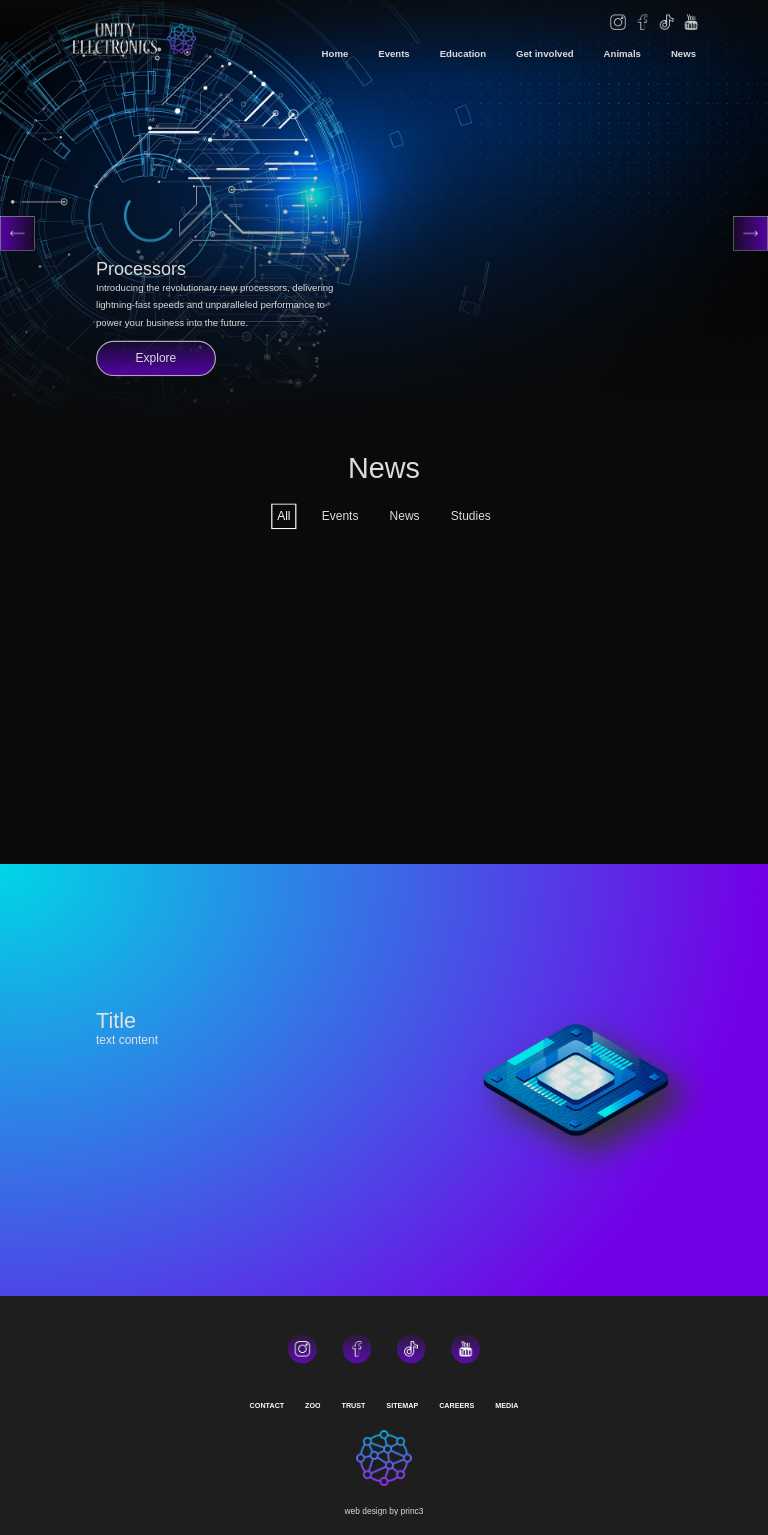
Repository: princ3-web/five
Page: /
The author's editor kept a copy of each file at every save. The page is drawn from the files as they stood at one save, then again after a run of saves.
The browser window is 1280 px wide. The pictures show the whole page, at 60% of full size.
The project was rebuilt for these pictures with package versions that can differ from the ones it lists, and the page was loaded fresh each time. Also part of the build but not shown: src/css/subpage.module.css, src/pages/Events.jsx, src/pages/Education.jsx, src/pages/Membership.jsx, src/pages/Animals.jsx, src/pages/News.jsx, src/pages/Support.jsx.

Above is the page before, as saved 2023-05-08 18:47:42.

### src/App.jsx
import React, { useState } from "react";
import { Routes, Route } from "react-router-dom";
import app from "./css/app.module.css";
import Navbar from "./components/Navbar.jsx";
import Bottombar from "./components/Bottombar.jsx";
import Main from "./pages/Main.jsx";
import Events from "./pages/Events.jsx";
import Education from "./pages/Education.jsx";
import Membership from "./pages/Membership.jsx";
import Animals from "./pages/Animals.jsx";
import News from "./pages/News.jsx";
import Support from "./pages/Support.jsx";
import Scrolltotop from "./components/Scrolltotop";

function App() {
  return (
    <div className={app.app}>
      <Navbar />
      <Routes>
        <Route path="/" element={<Main />} exact />
        <Route path="/Events" element={<Events />} exact />
        <Route path="/Education" element={<Education />} exact />
        <Route path="/Membership" element={<Membership />} exact />
        <Route path="/Animals" element={<Animals />} exact />
        <Route path="/News" element={<News />} exact />
        <Route path="/Support" element={<Support />} exact />
      </Routes>
      <Bottombar />
      <Scrolltotop />
    </div>
  );
}

export default App;

### src/css/app.module.css
:root {
    --thin: 200;
    --regular: 400;
    --bold: 600;
    --font-12: 12px;
    --font-14: 14px;
    --font-16: 16px;
    --font-20: 20px;
    --font-24: 24px;
    --font-30: 30px;
    --font-36: 36px;
    --font-48: 48px;
    --dark: rgb(10, 10, 10);
    --dark-transp-100: rgb(0, 0, 0, 0.5);
    --gray-transp-200: rgba(100, 100, 100, 0.5);
    --gray-transp-300: rgba(100, 100, 100, 0.25);
    --gray-50: rgb(30, 30, 30);
    --gray-100: rgb(60, 60, 60);
    --gray-150: rgb(100, 100, 100);
    --gray-200: rgb(170, 170, 170);
    --gray-300: rgb(220, 220, 220);
    --gray-400: rgb(240, 240, 240);
    --light: rgb(250, 250, 250);
    --light-transp: rgb(255, 255, 255, 0.2);
    --blue-200: rgb(0, 78, 162);
    --blue-300: rgb(0, 123, 255);
    --teal-300: rgb(0, 238, 255);
    --violet-200: rgb(81, 0, 162);
    --violet-300: rgb(128, 0, 255);
    --transp: rgba(0, 0, 0, 0);
}

@import url('https://fonts.googleapis.com/css2?family=Raleway&display=swap');


html > div {
    display: none;
  }

  * {
    overflow-x: hidden;
    padding: 0;
    margin: 0;
    font-family: 'Raleway', sans-serif;
    user-select: none;
  }

  .app{
    background-color: var(--dark);
    height: fit-content;
  }

  .section{
    display: flex;
    flex-direction: column;
    min-height: 100vh;
  }

### src/components/Navbar.jsx
import React, { useState } from "react";
import navbar from "../css/navbar.module.css";
import logo from "../assets/icons/logo_sub.png";
import hamburger from "../assets/icons/hamburger.png";
import cross from "../assets/icons/cross.png";
import { Link } from "react-router-dom";
import instagram from "../assets/icons/instagram.png";
import facebook from "../assets/icons/facebook.png";
import tiktok from "../assets/icons/tiktok.png";
import youtube from "../assets/icons/youtube.png";

const Navbar = () => {
  const navbarButtons = [
    {
      name: "Home",
      menu: false,
      items: [],
      link: "/",
    },
    {
      name: "Events",
      menu: true,
      items: [
        "Plan Your Day",
        "What's On",
        "Membership",
        "Vet Hospital",
        "Education",
        "Zoo Map",
      ],
      link: "/Events",
    },
    {
      name: "Education",
      menu: true,
      items: [
        "Read for Adventure",
        "Educational Field Trips",
        "Self-Guided Field Trips",
        "Nature Explorers Preschool",
        "Schools Out Day Camps",
        "Spring Break Camp",
        "Summer Camps",
        "After Hours",
        "Conservation Club",
      ],
      link: "/Education",
    },
    {
      name: "Get involved",
      menu: true,
      items: [
        "What We Do",
        "What You Can Do",
        "Work at the Zoo",
        "Volunteer",
        "Sponsorship",
        "Conservation",
      ],
      link: "/Membership",
    },
    {
      name: "Animals",
      menu: false,
      items: [],
      link: "/Animals",
    },
    {
      name: "News",
      menu: false,
      items: [],
      link: "/News",
    },
  ];

  const socials = [instagram, facebook, tiktok, youtube];

  const [mobileMenu, toggleMobileMenu] = useState(false);

  return (
    <>
      <div className={navbar.navbar}>
        <Link className={navbar.link} to={"/"}>
          <img className={navbar.logo} src={logo} alt="" />
        </Link>
        <div className={navbar.navbarContent}>
          <div className={navbar.navbarTopIcons}>
            {socials.map((item, n) => (
              <img className={navbar.navbarTopIcon} src={item} alt="" key={n} />
            ))}
          </div>
          <div className={navbar.navbarButtons}>
            {navbarButtons.map((item, n) => (
              <div
                style={{
                  display: "block",
                  overflow: "visible",
                }}
                key={n}
              >
                <div className={navbar.navbarButton}>
                  <Link
                    to={item.link}
                    style={{
                      textDecoration: "none",
                      color: "unset",
                    }}
                  >
                    {item.name}
                  </Link>
                </div>

                {item.items.length > 0 && (
                  <>
                    <div className={navbar.navbarButtonDropdown}>
                      {item.items.map((i, n) => (
                        <Link
                          className={navbar.navbarButtonDropdownItem}
                          key={n}
                          to={item.link}
                        >
                          {i}
                        </Link>
                      ))}
                    </div>
                  </>
                )}
              </div>
            ))}
          </div>
        </div>
        <img
          className={navbar.mobileButton}
          src={mobileMenu === true ? cross : hamburger}
          onClick={() =>
            mobileMenu === true ? toggleMobileMenu(false) : toggleMobileMenu(true)
          }
          alt=""
        />
        <div
          className={[navbar.mobileMenu, mobileMenu ? navbar.mobileMenuShow : ""].join(
            " "
          )}
        >
          {navbarButtons.map((item) => (
            <Link to={item.link} className={navbar.mobileMenuItem}>
              <div onClick={() => toggleMobileMenu(false)}>{item.name}</div>
            </Link>
          ))}
        </div>
      </div>
    </>
  );
};

export default Navbar;

### src/components/Bottombar.jsx
import React from "react";
import bottombar from "../css/bottombar.module.css";
import logobw from "../assets/icons/logo.png";
import instagram from "../assets/icons/instagram.png";
import facebook from "../assets/icons/facebook.png";
import tiktok from "../assets/icons/tiktok.png";
import youtube from "../assets/icons/youtube.png";
import navbar from "../css/navbar.module.css";
import { Link } from "react-router-dom";

const Bottombar = () => {
  const socials = [instagram, facebook, tiktok, youtube];
  const links = ["CONTACT", "ZOO", "TRUST", "SITEMAP", "CAREERS", "MEDIA"];

  return (
    <>
      <div className={bottombar.bottomBar}>
        <div className={bottombar.socials}>
          {socials.map((item, n) => (
            <img className={bottombar.socialButton} src={item} alt="" key={n} />
          ))}
        </div>
        <div className={bottombar.links}>
          {links.map((item, n) => (
            <div className={bottombar.link} key={n}>
              {item}
            </div>
          ))}
        </div>
        <Link className={navbar.link} to={"/"}>
        <img className={bottombar.logo} src={logobw} alt="" onClick={() => window.scrollTo(0, 0)} />
        </Link>
        <div className={bottombar.signature}>web design by princ3</div>
      </div>
    </>
  );
};

export default Bottombar;

### src/pages/Main.jsx
import React, { useState, useEffect } from "react";
import app from "../css/app.module.css";
import Imagescroller from "../components/Imagescroller";
import Newspicker from "../components/Newspicker";
import Objectscroller from "../components/Objectscroller";

const Main = () => {
  return (
    <>
      <div className={app.section}>
        <Imagescroller />
      </div>

      <div className={app.section}>
        <Newspicker />
      </div>
      <div className={app.section}>
        <Objectscroller />
      </div>
    </>
  );
};

export default Main;

### src/components/Scrolltotop.jsx
import React from 'react';
import { useLocation } from 'react-router-dom';
import { useEffect } from 'react';

const Scrolltotop = () => {
    const { pathname } = useLocation();

    useEffect(() => {
      window.scrollTo(0, 0);
    }, [pathname]);
  }

export default Scrolltotop;

### src/css/navbar.module.css
.navbar {
  position: absolute;
  display: flex;
  flex-direction: row;
  justify-content: space-between;
  align-items: center;
  z-index: 5;
  width: 100%;
  padding-inline: 7rem;
  height: 8rem;
  font-size: var(--font-16);
  overflow: visible;
  box-sizing: border-box;
  background: linear-gradient(var(--dark) -30%, var(--transp) 100%);
}

.navbarContent {
  height: 100%;
  display: flex;
  flex-direction: column;
  justify-content: space-evenly;
}

.navbarTopIcons {
  display: flex;
  flex-direction: row;
  justify-content: space-between;
  width: 12vw;
  margin-left: auto;
  margin-right: 0;
}

.navbarTopIcon {
  width: 2rem;
  filter: brightness(0.8);
}

.navbarTopIcon:hover {
  filter: brightness(1);
  cursor: pointer;
}

.navbarButtons {
  display: flex;
  flex-direction: row;
  justify-content: space-between;
  width: 50vw;
  margin-left: auto;
  margin-right: 0;
}

.navbarButton {
  color: var(--gray-300);
  padding: 0.5rem;
  font-weight: var(--bold);
  cursor: pointer;
  transition: 0.2s;
}

.navbarButton:hover {
  color: var(--gray-400);
  cursor: pointer;
}

.dropdownBackground {
  background-color: black;
  width: 100%;
  height: 15rem;
}

.navbarButtonDropdown {
  visibility: hidden;
  z-index: 3;
  position: absolute;
  margin-left: -25px;
  padding-inline: 1.5rem;
  padding-block: 0.5rem;
  cursor: pointer;
  line-height: 2rem;
  filter: opacity(0);
  transition: 0.35s;
  background: linear-gradient(135deg, var(--dark-transp-100), var(--violet-200));
}

.navbarButton:hover ~ .navbarButtonDropdown {
  visibility: visible;
  filter: opacity(1);
}

.navbarButtonDropdown:hover {
  visibility: visible;
  filter: opacity(1);

}

.navbarButtonDropdownItem {
  color: var(--gray-300);
  display: block;
  transition: 0.2s;
  text-decoration: none;
}

.navbarButtonDropdownItem:hover {
  color: var(--light);
}

.navbarTopButton {
  height: fit-content;
  padding: 0.5rem;
  font-weight: var(--regular);
  cursor: pointer;
}

.logo {
  position: relative;
  display: block;
  height: 40%;
  object-fit: contain;
  z-index: 1;
  filter: drop-shadow(1px 1px 1px var(--dark));
}

.link {
  height: 100%;
  overflow: hidden;
  display: flex;
  align-items: center;
}

.mobileButton {
  display: none;
}

.mobileMenu {
  display: none;
}

@media screen and (max-width: 480px) {
  .navbar {
    height: 5rem;
    padding-inline: 0.5rem;
  }

  .navbarTopButtons {
    display: none;
  }
  .navbarButtons {
    display: none;
  }

  .logo {
    height: 70%;
  }

  .mobileButton {
    display: block;
    height: 50%;
    margin-right: 0.5rem;
    z-index: 1;
  }

  .mobileMenu {
    position: absolute;
    display: block;
    box-sizing: border-box;
    top: 5rem;
    left: 100vw;
    width: 100vw;
    height: 100vh;
    text-align: center;
    background-size: 20rem;
    background-color: var(--green-400);
    transition: 0.2s;
  }

  .mobileMenuShow {
    left: 0;
  }

  .mobileMenuItem {
    color: var(--light);
    font-size: var(--font-20);
    line-height: 4rem;
    text-decoration: none;
  }
}

### src/css/bottombar.module.css
.bottomBar {
  position: relative;
  display: flex;
  flex-direction: column;
  align-items: center;
  width: 100%;
  background-color: var(--gray-50);
  padding-bottom: 2rem;
}

.socials {
  position: relative;
  width: 25%;
  margin: auto;
  left: 0;
  right: 0;
  margin-top: 4rem;
  display: flex;
  flex-direction: row;
  justify-content: space-between;
}

.socialButton {
  width: 2rem;
  padding: 0.5rem;
  background-color: var(--violet-200);
  background: linear-gradient(180deg, var(--transp), var(--violet-300));
  background-size: 100% 200%;
  background-position: 100% 25%;
  transition: 0.5s;
  border-radius: 2rem;
  cursor: pointer;
}

.socialButton:hover {
  background-position: 100% 100%;

}

.links {
  position: relative;
  width: 35%;
  font-size: var(--font-12);
  margin: auto;
  left: 0;
  right: 0;
  margin-top: 4rem;
  display: flex;
  flex-direction: row;
  justify-content: space-between;
}

.link {
  color: var(--light);
  font-weight: var(--bold);
  cursor: pointer;
}

.link:hover {
  color: var(--gray-200);
}

.logo {
  position: relative;
  width: 6rem;
  padding-top: 2rem;
  padding-bottom: 2rem;
  cursor: pointer;
  transition: 0.2s;
}

.logo:hover {
  filter: brightness(0.8);
}

.signature {
  color: var(--gray-300);
  font-size: var(--font-14);
  font-weight: var(--thin);
}

@media screen and (max-width: 480px) {
  .socials {
    width: 90%;
  }

  .links {
    display: flex;
    flex-wrap: wrap;
    width: 90%;
    justify-content: space-between;
  }

  .link {
    width: 30%;
    height: 3rem;
    text-align: center;
  }
}

### src/components/Imagescroller.jsx
import React, { useEffect, useState } from "react";
import imagescroller from "../css/imagescroller.module.css";

const Imagescroller = () => {
  const [selectedBackground, toggleSelectedBackground] = useState(0);

  useEffect(() => {
    const intervalId = setInterval(() => {
      selectedBackground < 2
        ? toggleSelectedBackground((state) => state + 1)
        : toggleSelectedBackground(0);
    }, 6000);

    return () => {
      clearInterval(intervalId);
    };
  }, [selectedBackground]);

  const backgrounds = [0, 1, 2];
  const backgroundsText = [
    {
      title: "Processors",
      text: "Introducing the revolutionary new processors, delivering lightning-fast speeds and unparalleled performance to power your business into the future.",
    },
    {
      title: "New Techs",
      text: "Unlock the full potential of your industry with cutting-edge technologies designed to increase efficiency, productivity, and profitability.",
    },
    {
      title: "GPUs",
      text: "Experience unprecedented gaming performance and immerse yourself in stunningly realistic graphics with our new ground-breaking graphics cards.",
    },
  ];

  return (
    <div>
      <div className={imagescroller.imageScroller}>
        {backgrounds.map((item, n) => (
          <img
            className={[
              imagescroller.image,
              selectedBackground !== n ? imagescroller.imageFade : "",
            ].join(" ")}
            src={require("../assets/images/background" + n + ".webp")}
            alt=""
          />
        ))}

        <img
          className={imagescroller.arrow}
          onClick={() =>
            selectedBackground > 0
              ? toggleSelectedBackground((state) => state - 1)
              : toggleSelectedBackground(backgrounds.length - 1)
          }
          style={{ left: "0", rotate: "180deg", translateY: "-50%" }}
          src={require("../assets/icons/arrow.png")}
          alt=""
        />
        <img
          className={imagescroller.arrow}
          onClick={() =>
            selectedBackground < backgrounds.length - 1
              ? toggleSelectedBackground((state) => state + 1)
              : toggleSelectedBackground(0)
          }
          style={{ right: "0", rotate: "0deg", translateY: "-50%" }}
          src={require("../assets/icons/arrow.png")}
          alt=""
        />
        <div className={imagescroller.gradient}></div>
      </div>
      <div className={imagescroller.explore}>
        <div className={imagescroller.exploreTitle}>
          {backgroundsText[selectedBackground].title}
        </div>
        <div className={imagescroller.exploreText}>
          {backgroundsText[selectedBackground].text}
        </div>
        <div className={imagescroller.exploreButton}>Explore</div>
      </div>
    </div>
  );
};

export default Imagescroller;

### src/components/Newspicker.jsx
import React, { useState } from "react";
import newspicker from "../css/newspicker.module.css";

const Newspicker = () => {
  const newsButtons = ["All", "Events", "News", "Studies"];
  const [selectedButton, toggleSelectedButton] = useState(0);

  return (
    <div className={newspicker.news}>
      <div
        className={newspicker.newsTitle}
        style={{ textAlign: "center", marginTop: "2rem" }}
      >
        News
      </div>
      <div className={newspicker.newsButtons}>
        {newsButtons.map((item, n) => (
          <div
            className={[
              newspicker.newsButton,
              n === selectedButton && newspicker.newsButtonSelected,
            ].join(" ")}
            onClick={() => toggleSelectedButton(n)}
          >
            {item}
          </div>
        ))}
      </div>
    </div>
  );
};

export default Newspicker;

### src/components/Objectscroller.jsx
import React from "react";
import objectscroller from "../css/objectscroller.module.css";

const Objectscroller = () => {
  return (
    <div>
      <div className={objectscroller.gradient}>
        <div className={objectscroller.textContainer}>
          <div className={objectscroller.title}>Title</div>
          <div className={objectscroller.text}>text content</div>
        </div>
        <img className={objectscroller.image} src={require("../assets/images/object1.png")} alt="" />
      </div>
    </div>
  );
};

export default Objectscroller;

### src/css/imagescroller.module.css
.imageScroller {
  position: absolute;
  height: 100vh;
  width: 100%;
  display: block;
  white-space: nowrap;
  background-color: var(--dark);
}

.image {
  position: absolute;
  z-index: 1;
  width: 100vw;
  height: 100vh;
  object-fit: cover;
  top: 0;
  left: 0;
  padding: 0;
  transition: 1s;
  filter: opacity(1);
}

.imageFade {
  filter: opacity(0);
}

.arrow {
  position: absolute;
  width: 1.5rem;
  z-index: 2;
  top: 50%;
  padding: 1rem;
  border: 1px solid var(--gray-200);
  cursor: pointer;
  background-size: 0% 0%;
  background-color: var(--gray-200);
  background: linear-gradient(90deg, var(--dark) 0%, var(--violet-300));
  background-size: 200% 100%;
  background-position: 25% 100%;
  transition: 0.5s;
}

.arrow:hover {
  background-position: 100% 100%;
}

.gradient {
  position: absolute;
  top: 0;
  width: 100vw;
  height: 100vh;
  background: linear-gradient(var(--transp) 30%, var(--dark) 100%);
  z-index: 1;
}

.explore {
  position: absolute;
  z-index: 3;
  left: 10rem;
  top: 60%;
  width: 25rem;
  filter: drop-shadow(0px 0px 10px var(--dark));

}

.exploreTitle {
  position: relative;
  color: var(--gray-300);
  font-size: var(--font-30);
}

.exploreText {
  position: relative;
  color: var(--gray-300);
  font-size: var(--font-16);
  margin-bottom: 1rem;
  line-height: 1.8rem;
}

.exploreButton {
  position: relative;
  width: fit-content;
  color: var(--gray-300);
  font-size: var(--font-20);
  padding: 1rem;
  padding-inline: 4rem;
  border: 2px solid var(--gray-200);
  border-radius: 2rem;
  background: linear-gradient(180deg, var(--transp), var(--violet-300));
  background-size: 100% 200%;
  background-position: 100% 25%;
  transition: 0.5s;
  cursor: pointer;
}

.exploreButton:hover {
  background-position: 100% 100%;
}

.video {
  position: relative;
  display: flex;
  box-sizing: border-box;
  z-index: 1;
  width: 100%;
  height: 100vh;
  object-fit: cover;
  padding: 0;
  border-top: 0.25rem solid var(--green-500);
}

@media screen and (max-width: 480px) {
  .video {
    width: 100%;
    margin: unset;
  }
}

### src/css/newspicker.module.css
.news{
    display: flex;
    flex-direction: column;
  }

  .newsTitle {
    font-size: var(--font-48);
    color: var(--gray-300);
    margin-bottom: 2rem;
  }

  .newsButtons{
    display: flex;
    flex-direction: row;
    justify-content: center;
    align-self: center;
    width: 50%;
  }

  .newsButton {
    color: var(--gray-300);
    font-size: var(--font-20);
    border: 2px solid var(--transp);
    margin-inline: 1rem;
    padding: 0.5rem;
    cursor: pointer;
    transition: 0.5s;
  }

  .newsButtonSelected{
    border: 2px solid var(--light);
    color: var(--light);
  }

### src/css/objectscroller.module.css
.image {
  position: absolute;
  top: 50%;
  transform: translateY(-50%);
  right: 10rem;
  width: 20rem;
  filter: drop-shadow(26px 26px 26px var(--gray-100));
}

.textContainer {
  color: var(--light);
  position: absolute;
  left: 10rem;
  top: 15rem;
  margin: auto;
}

.title {
  font-size: var(--font-36);
}

.text {
  font-size: var(--font-20);
}

.gradient {
  width: 100vw;
  height: 100vh;
  background: radial-gradient(at left top, var(--teal-300) 0%, var(--violet-300) 70%);
  background-size: 100% 150%;
  filter: brightness(0.9);
}

Loaded but not shown: public/index.html (common file); src/index.js (common file); src/index.css (common file); src/reportWebVitals.js (common file)

After the next 7 saves:
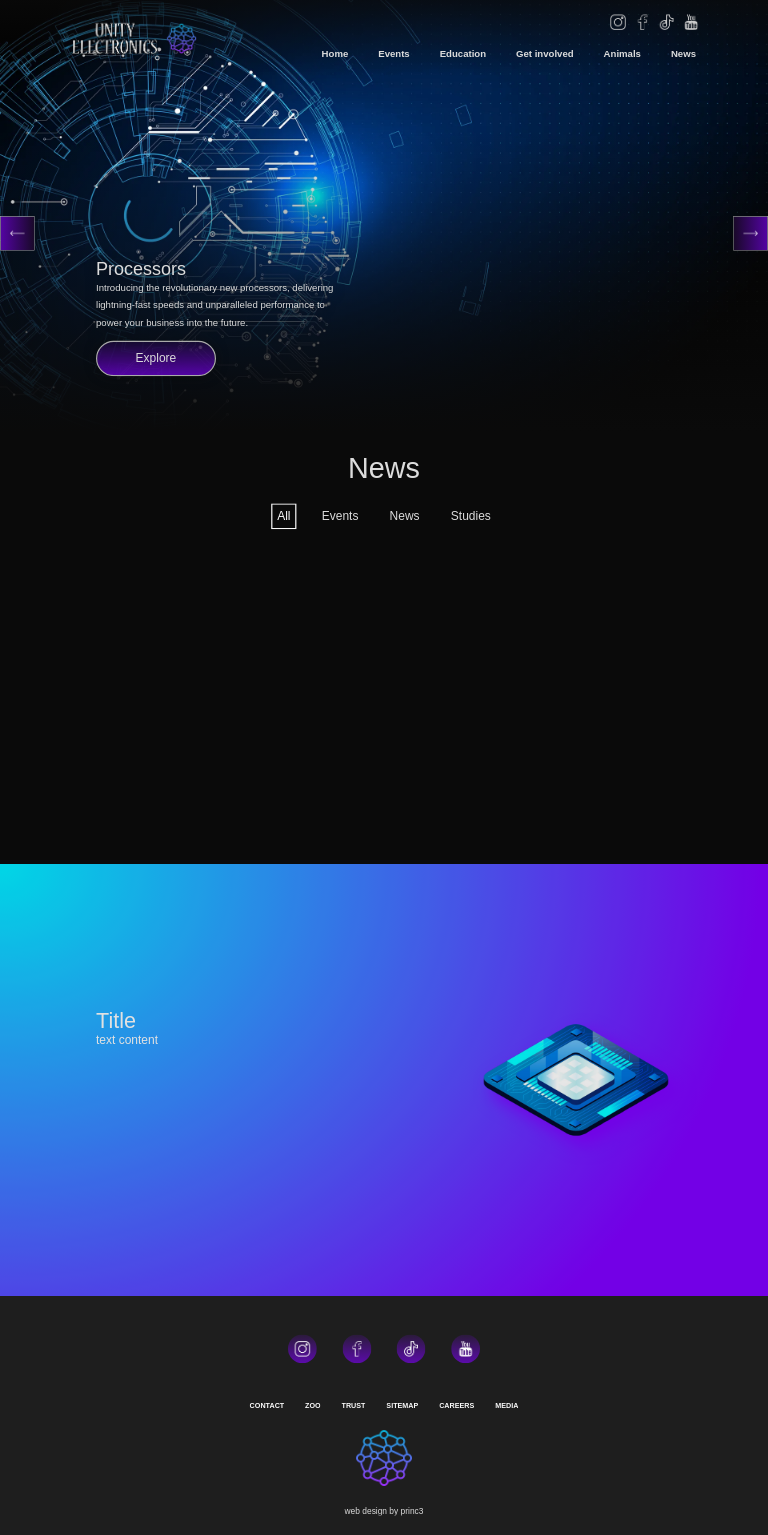
The 7 saves are shown as one change because they came seconds apart.
The last was saved 28 s later.
--- a/src/css/objectscroller.module.css
+++ b/src/css/objectscroller.module.css
@@ -4,7 +4,7 @@
   transform: translateY(-50%);
   right: 10rem;
   width: 20rem;
-  filter: drop-shadow(26px 26px 26px var(--gray-100));
+  filter: drop-shadow(15px 15px 15px var(--violet-300));
 }
 
 .textContainer {
